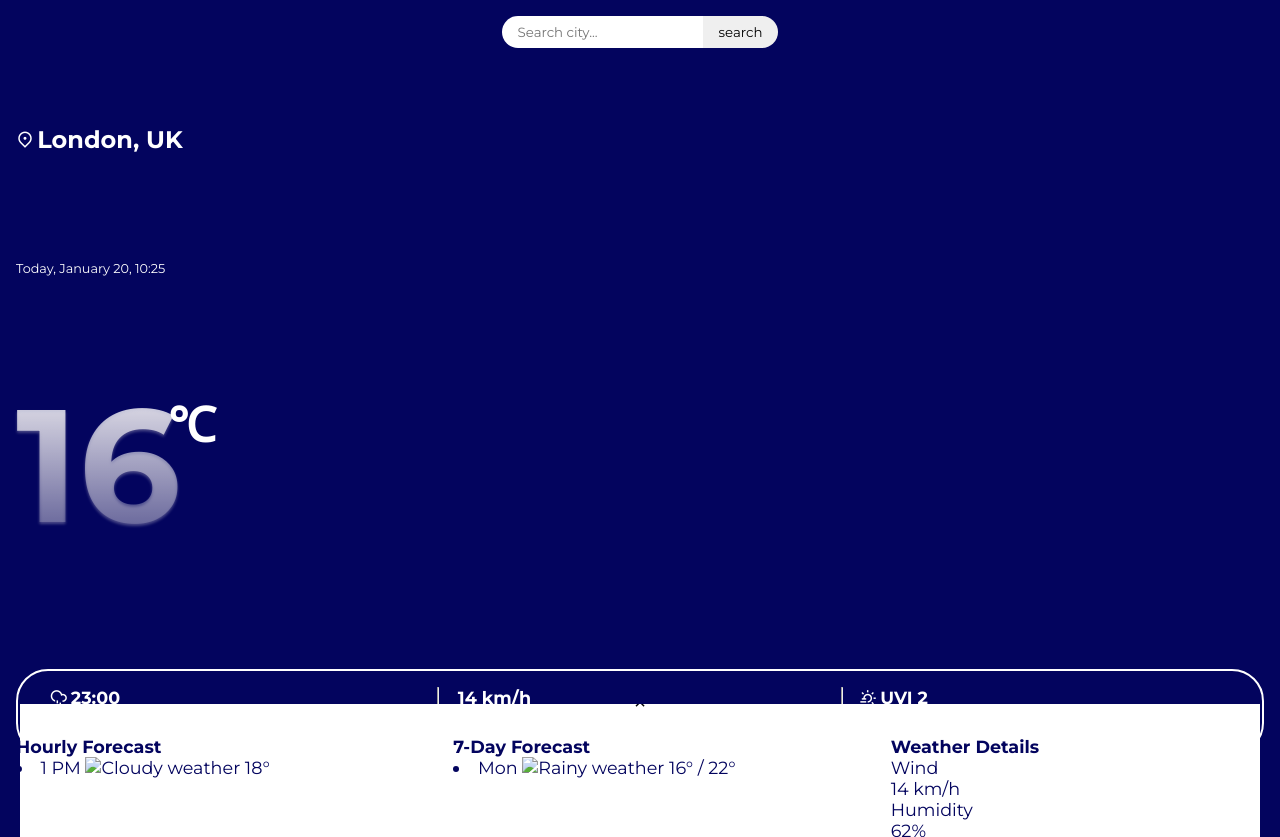
Repository: EguJaredoBoyd/Jared-Weather-App
Page: main.html
An editor plug-in stored every save of this project. The page is shown before and after the next save, followed by the edit.
The browser window is 1280 px wide. The pictures show the whole page.
Some icons come from a web library that is not loaded, so they are not drawn. Some web libraries are served in a nearby version.

Above is the page before, as saved 2026-01-30 21:24:47.

After the next save:
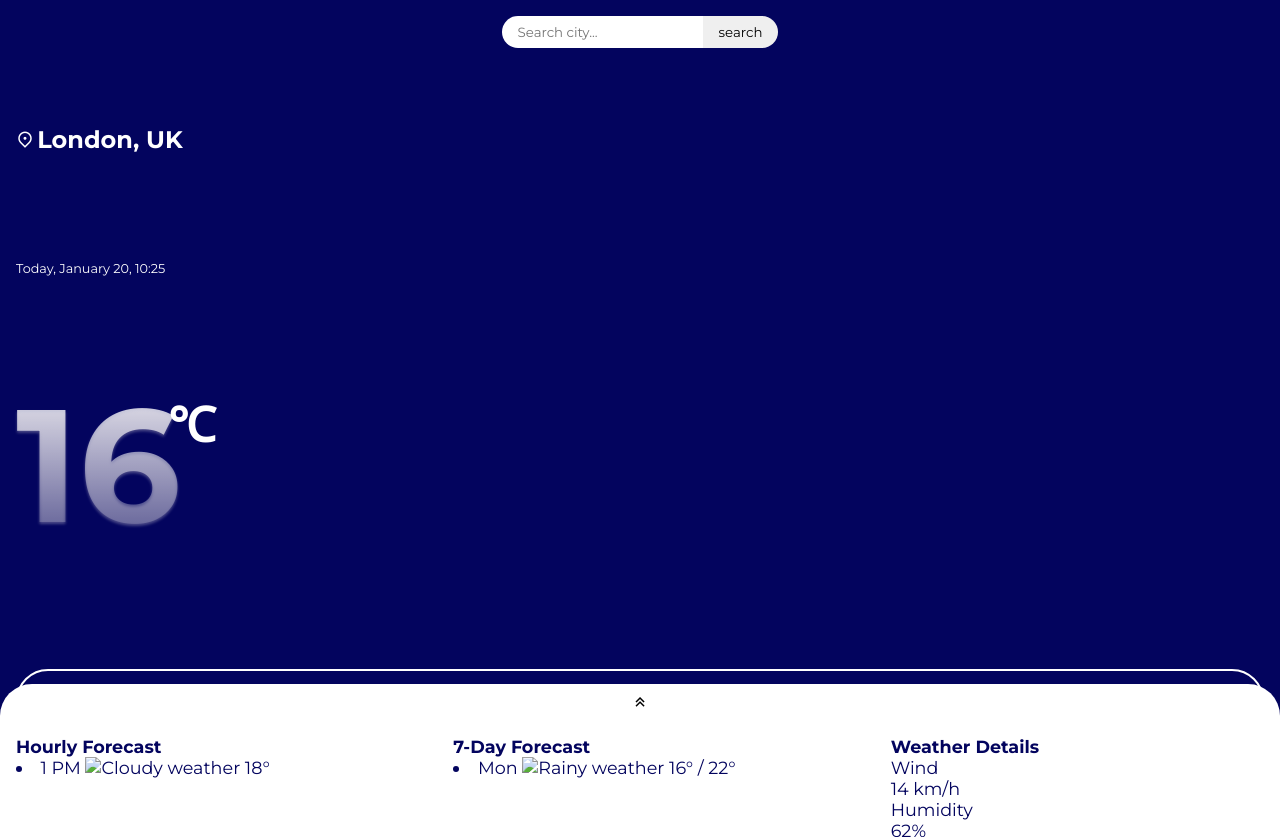
Saved 16 s later.
--- a/css/styles.css
+++ b/css/styles.css
@@ -157,7 +157,7 @@ main {
   background-color: var(--text-color);
   color: var(--background-color);
   border-radius: 2rem;
-  clip-path: inset(20px);
+  clip-path: inset();
 }
 
 .swipe-section.is-open {
